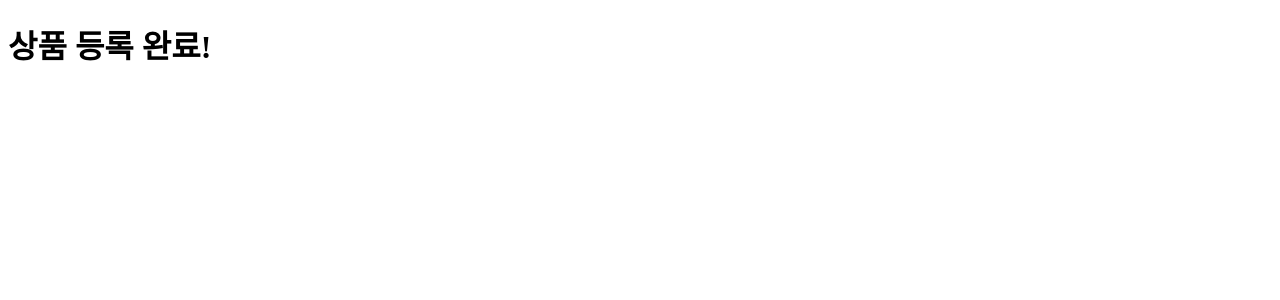
Repository: junesse-afk/ITJSP
Page: http://localhost/StudyJSP/jsp10_jdbc/product_regist_success.jsp
These files come from the project's save history. The page is drawn as it stood at one moment and after the next save; the edit follows.
The browser window is 1280 px wide. The pictures show the whole page.
The page is served by Tomcat 10.

Above is the page before, as saved 2024-12-02 01:28:50.

After the next save:
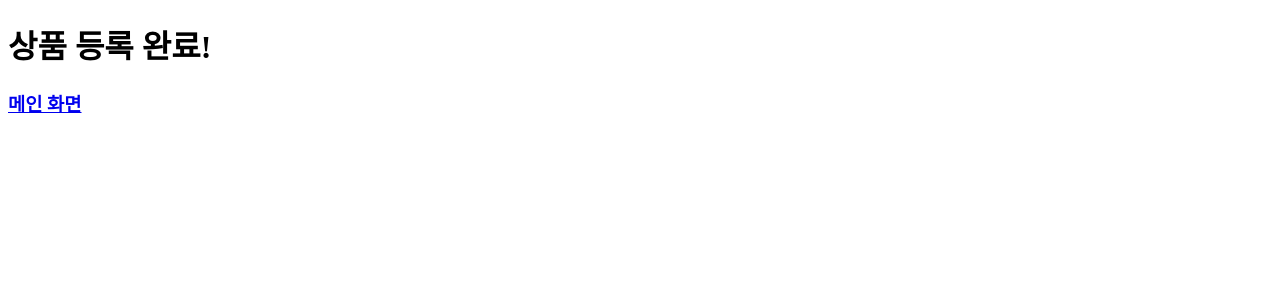
Saved 81 s later.
--- a/workspace_jsp/StudyJSP/src/main/webapp/jsp10_jdbc/product_regist_success.jsp
+++ b/workspace_jsp/StudyJSP/src/main/webapp/jsp10_jdbc/product_regist_success.jsp
@@ -8,5 +8,6 @@
 </head>
 <body>
 	<h1>상품 등록 완료!</h1>
+	<h3><a href="ProductMain.pr">메인 화면</a></h3>
 </body>
 </html>
